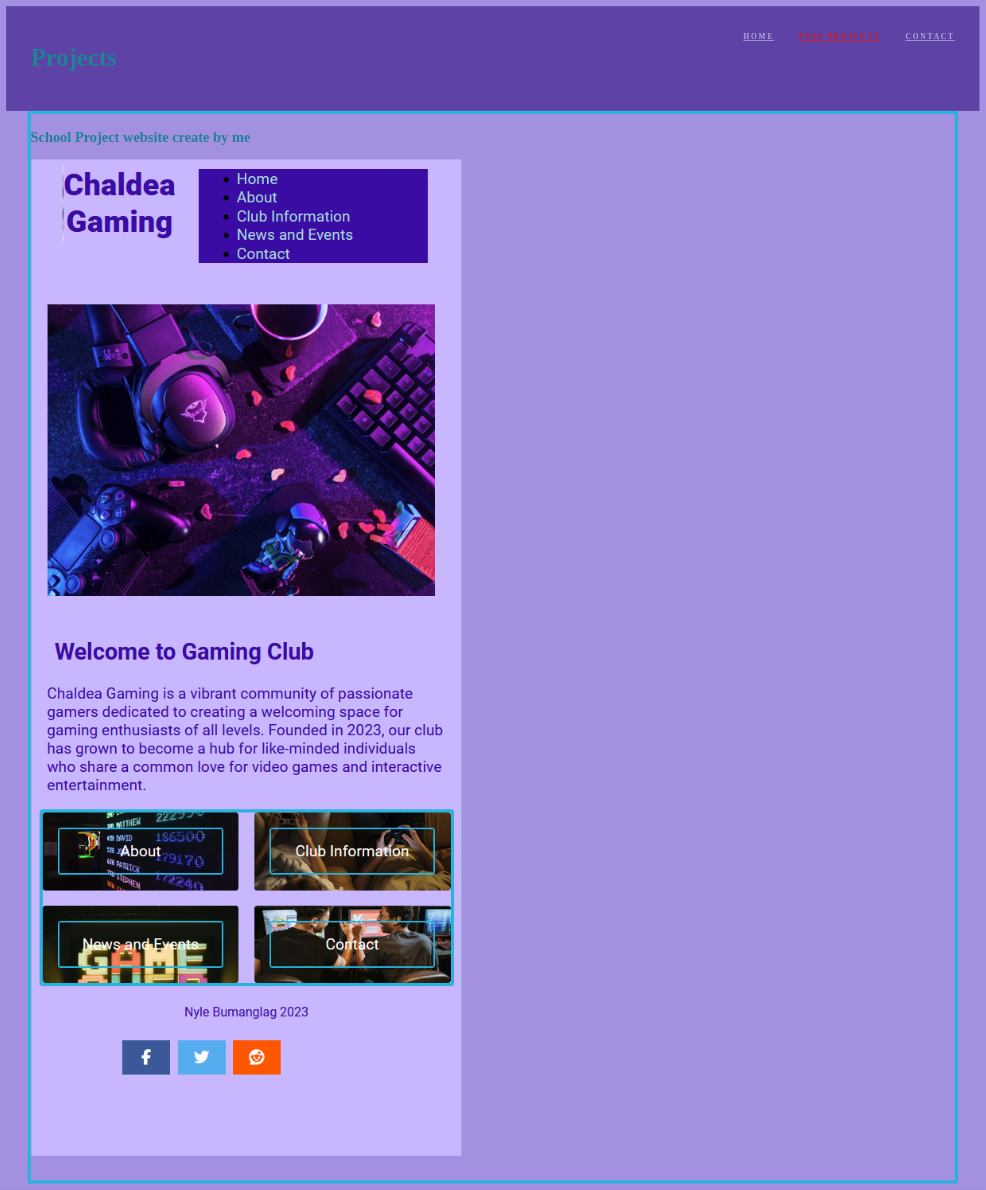
Repository: NyleNC/main
Page: projects.html
These files come from the project's save history. The page is drawn as it stood at one moment and after the next save; the edit follows.
The browser window is 1280 px wide. The pictures show the whole page, at 77% of full size.

Above is the page before, as saved 2024-11-07 00:32:11.

### projects.html
<!DOCTYPE html>
<html lang="en">
<head>
    <meta charset="UTF-8">
    <meta name="viewport" content="width=device-width, initial-scale=1.0">
    <title>Nyle Bumanglag</title>
    <link rel="stylesheet" href="style.css">
</head>
<header id="header"><h1>Projects</h1>
    <nav>
        <ul>
            <li><a href="index.html">Home</a></li>
            <li><a href="projects.html" class="active">Pass Projects</a></li>
            <li><a href="Contact.html">Contact</a></li>
        </ul>
    </nav>
</header>
<body>
    <section >
        <div class="container">
            <div >
            <h3>School Project website create by me </h3>
            <img src="Images/website.png" alt="website"class="image-fit" >
        </div>
        </div>



    </section>
</body>
</html>

### style.css
body{
    background: #a490e1;
    color: rgb(32, 129, 151);
}
#header {
display: -moz-flex;
display: -webkit-flex;
display: -ms-flex;
display: flex;
background-color: #5e42a6;
cursor: default;
padding: 1.75em 2em;
}

#header > .title {
border: 0;
color: #ffffff;
 display: block;
font-size: 1.25em;
font-weight: bold;
}

#header > nav {
-moz-flex: 1;
-webkit-flex: 1;
-ms-flex: 1;
flex: 1;
text-align: right;
}
 #header > nav > ul {
 margin: 0;
padding: 0;
}

 #header > nav > ul > li {
 display: inline-block;
margin-left: 1.75em;
 padding: 0;
vertical-align: middle;
}

#header > nav > ul > li:first-child {
margin-left: 0;
}

#header > nav > ul > li a {
  border: 0;
color: rgba(255, 255, 255, 0.542);
display: inline-block;
 font-size: 0.6em;
font-weight: bold;
letter-spacing: 0.25em;
text-transform: uppercase;
}
 #header > nav > ul > li a:hover {
color: rgb(144, 225, 164)
}
#header > nav > ul > li a.active {
color: #dd1a1a;
}

.image-fit {
 display: block;
 margin: 0 0 2em 0;
 width: 100%;
}
.container{
    margin: 0 auto;
    gap: 5em;
    display: grid;
    grid-template-columns:  1fr 1fr;
	width: 95%;
    height: auto;
    border: 4px solid #26b3de;
    border-radius:3px;
}

After the next save:
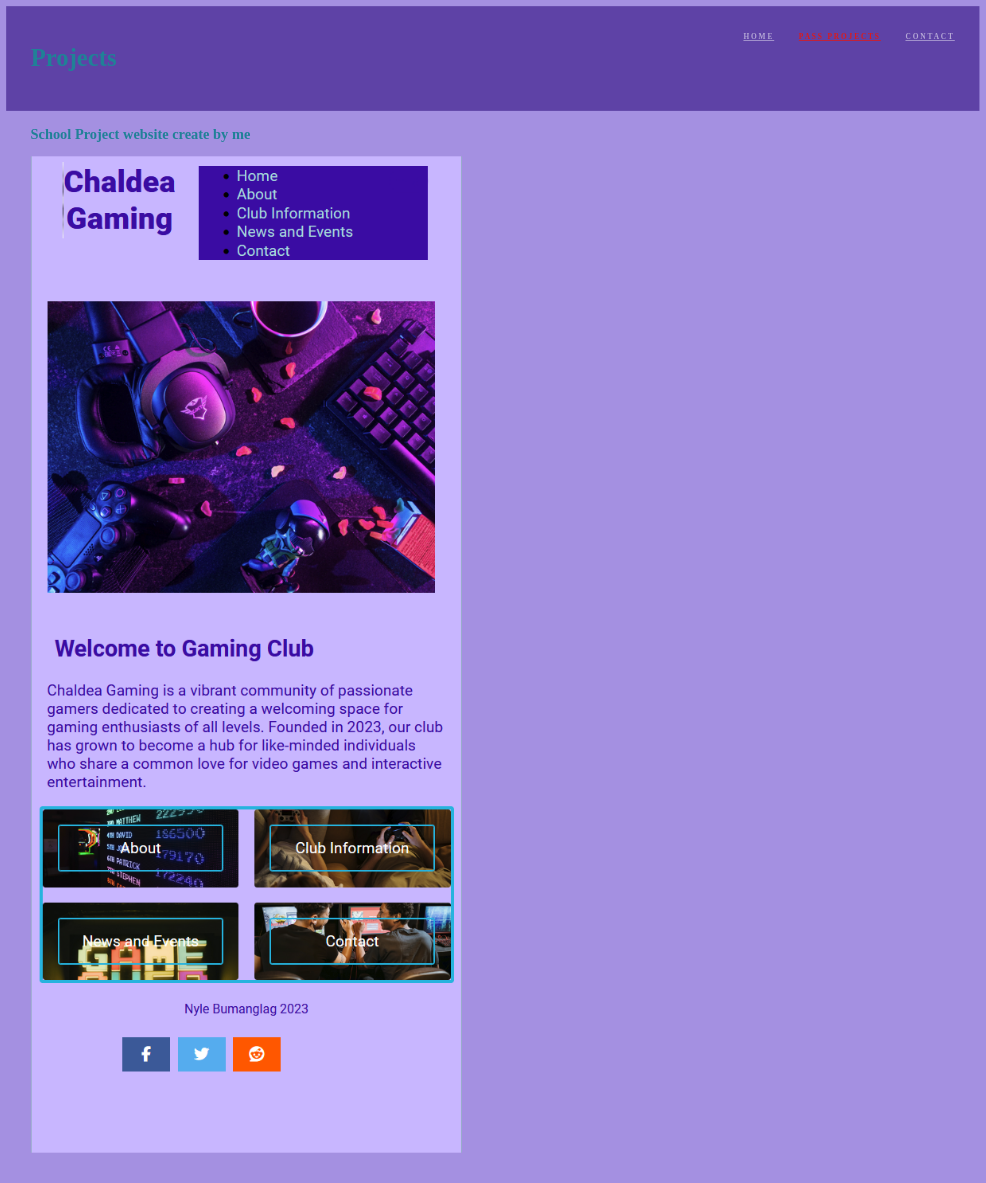
Saved 15 s later.
--- a/style.css
+++ b/style.css
@@ -71,6 +71,6 @@ color: #dd1a1a;
     grid-template-columns:  1fr 1fr;
 	width: 95%;
     height: auto;
-    border: 4px solid #26b3de;
+
     border-radius:3px;
 }
